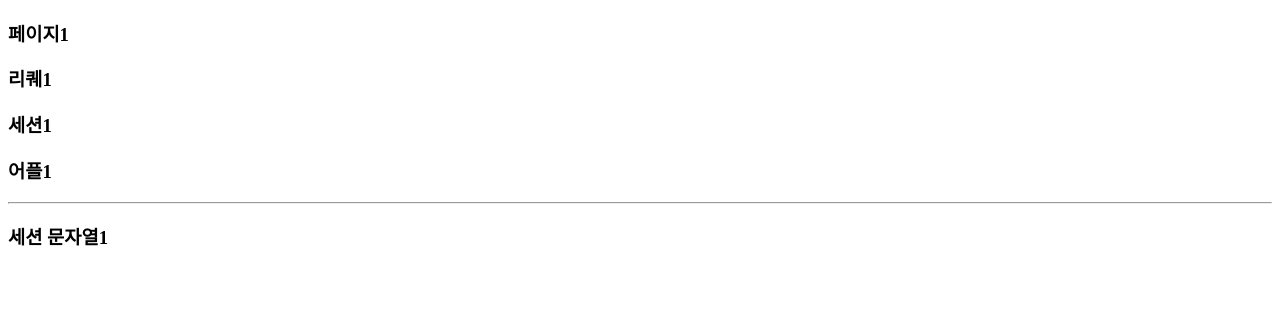
Repository: 2nho/personal-study
Page: http://localhost/ExWebPrj1/el_scope_example.jsp
The author's editor kept a copy of each file at every save. The page is drawn from the files as they stood at one save, then again after the next save.
The browser window is 1280 px wide. The pictures show the whole page.
The page is served by Tomcat 9. Other server files are loaded and not shown.

Above is the page before, as saved 2021-12-30 08:10:31.

### Java/workspace/ExWebPrj1/src/main/webapp/el_scope_example.jsp
<%@ page language="java" contentType="text/html; charset=UTF-8"
    pageEncoding="UTF-8"%>
<%
	pageContext.setAttribute("page1", "페이지1");
	request.setAttribute("request1","리퀘1");
	session.setAttribute("session1", "세션1");
	application.setAttribute("app1", "어플1");

	//pageContext.setAttribute("data1", "페이지 문자열1");
	//request.setAttribute("data1", "리퀘 문자열1");
	session.setAttribute("data1", "세션 문자열1");
	application.setAttribute("data1", "어플 문자열1");
%>
<!DOCTYPE html>
<html>
<head>
<meta charset="UTF-8">
<title>Insert title here</title>
</head>
<body>
	<h3>${page1}</h3>
	<h3>${request1}</h3>
	<h3>${session1}</h3>
	<h3>${app1}</h3>
	<hr />
	<h3>${data1}</h3>
</body>
</html>

After the next save:
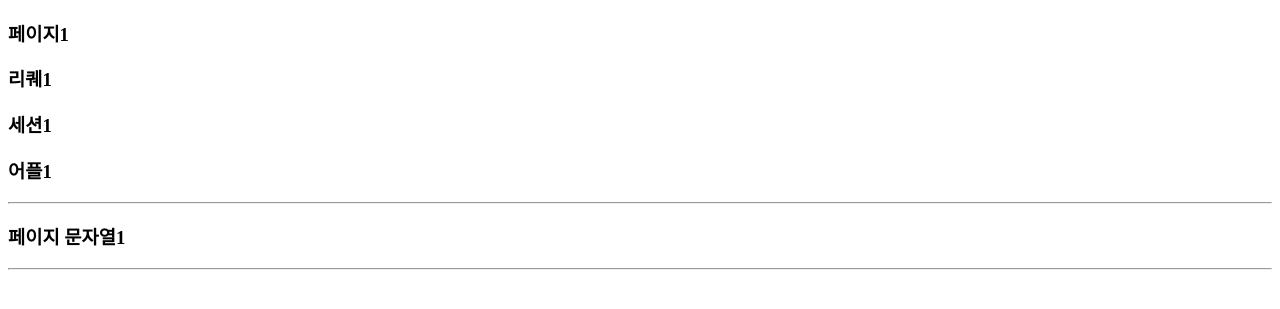
Saved 50 s later.
--- a/Java/workspace/ExWebPrj1/src/main/webapp/el_scope_example.jsp
+++ b/Java/workspace/ExWebPrj1/src/main/webapp/el_scope_example.jsp
@@ -6,8 +6,8 @@
 	session.setAttribute("session1", "세션1");
 	application.setAttribute("app1", "어플1");
 
-	//pageContext.setAttribute("data1", "페이지 문자열1");
-	//request.setAttribute("data1", "리퀘 문자열1");
+	pageContext.setAttribute("data1", "페이지 문자열1");
+	request.setAttribute("data1", "리퀘 문자열1");
 	session.setAttribute("data1", "세션 문자열1");
 	application.setAttribute("data1", "어플 문자열1");
 %>
@@ -24,5 +24,6 @@
 	<h3>${app1}</h3>
 	<hr />
 	<h3>${data1}</h3>
+	<hr />
 </body>
 </html>
